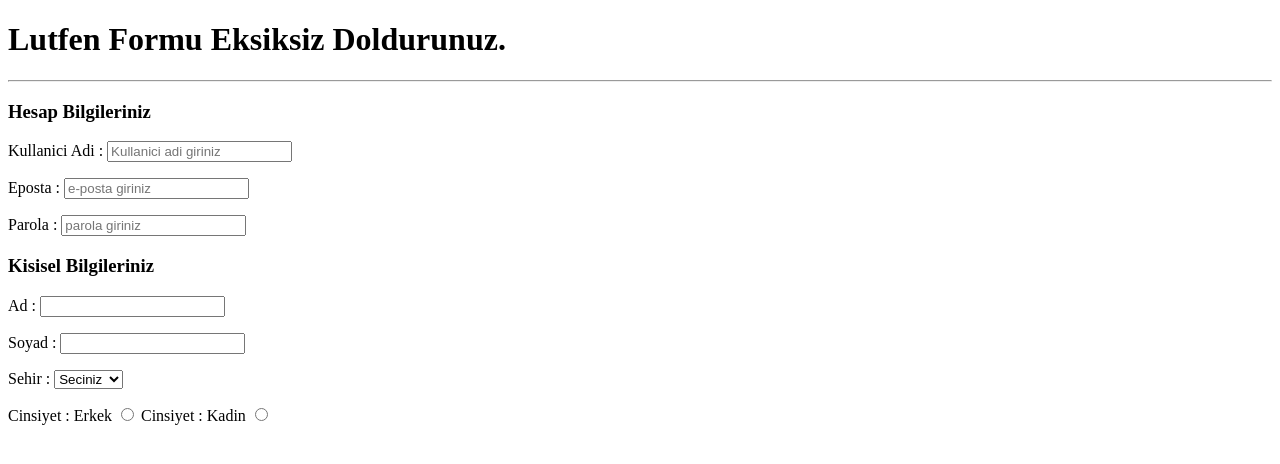
Repository: sammkrt/git101
Page: html-css-TrainingMyself/uygulama4.html
The author's editor kept a copy of each file at every save. The page is drawn from the files as they stood at one save, then again after the next save.
The browser window is 1280 px wide. The pictures show the whole page.

Above is the page before, as saved 2022-12-22 12:49:58.

After the next save:
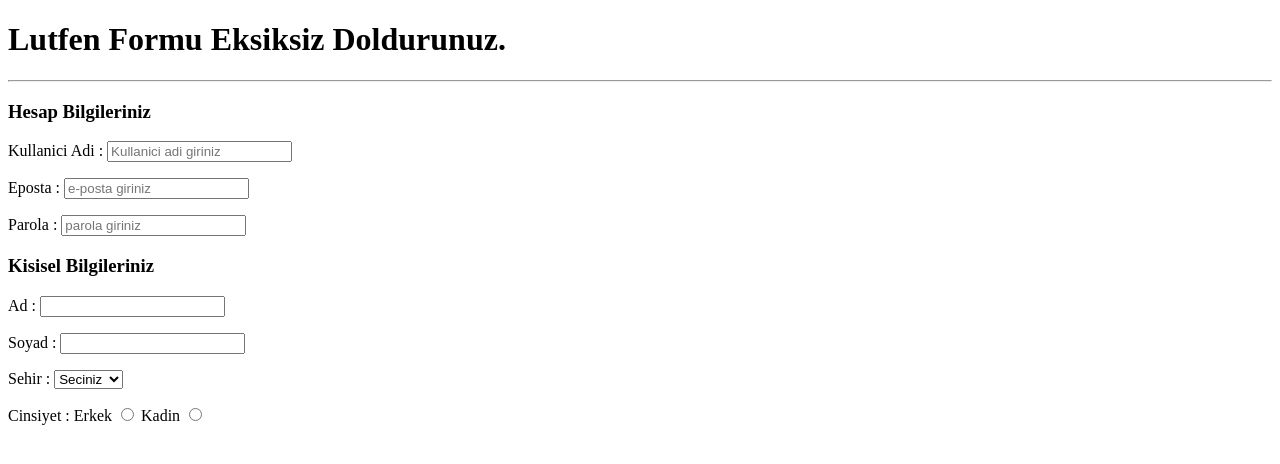
Saved 11 s later.
--- a/html-css-TrainingMyself/uygulama4.html
+++ b/html-css-TrainingMyself/uygulama4.html
@@ -38,7 +38,7 @@
         </p>
         <p>
             Cinsiyet : Erkek <input type="radio" name="Cinsiyet">
-            Cinsiyet : Kadin <input type="radio" name="Cinsiyet">
+            Kadin <input type="radio" name="Cinsiyet">
         </p>
         <p>
 
